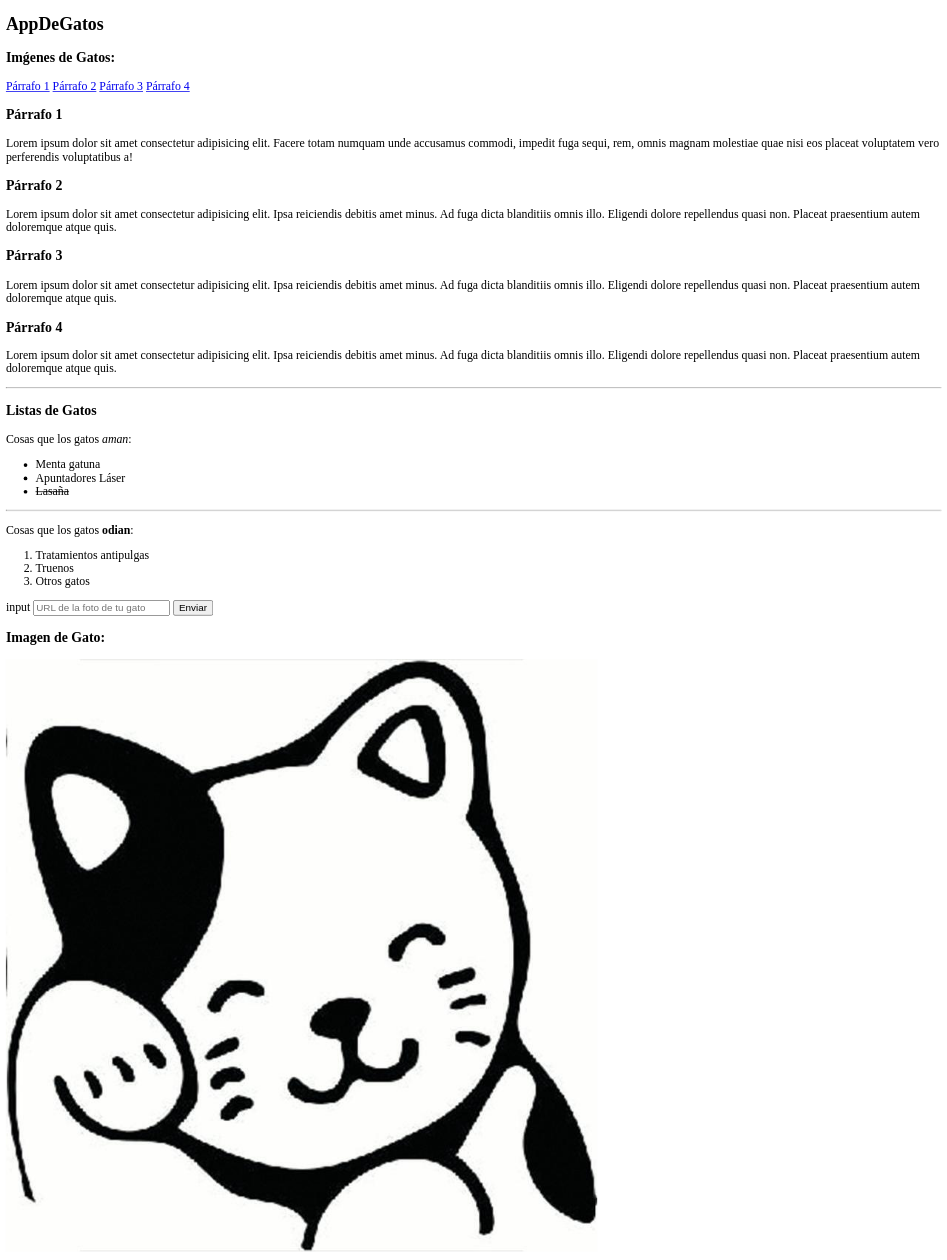
Repository: pedro-donoso/curso-html---css
Page: index.html
These files come from the project's save history. The page is drawn as it stood at one moment and after the next save; the edit follows.
The browser window is 1280 px wide. The pictures show the whole page, at 74% of full size.

Above is the page before, as saved 2023-11-07 11:39:25.

After the next save:
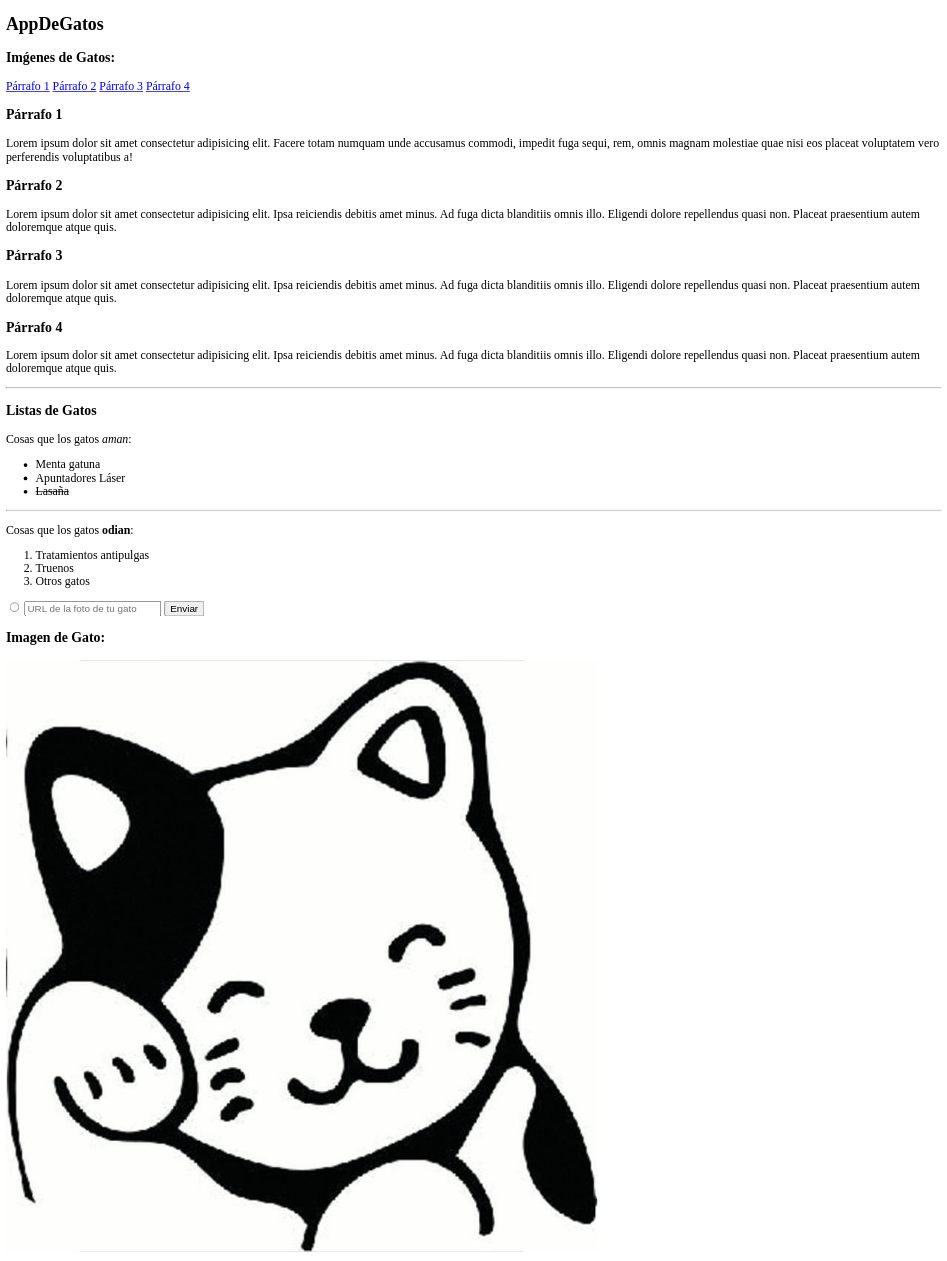
Saved 21 s later.
--- a/index.html
+++ b/index.html
@@ -54,7 +54,7 @@
   </ol>
 
   <form action="/enviar-respuesta">
-    input
+    <input type="radio" name="" id="">
     <input type="text" placeholder="URL de la foto de tu gato" required>
     <button type="submit">Enviar</button>
   </form>
